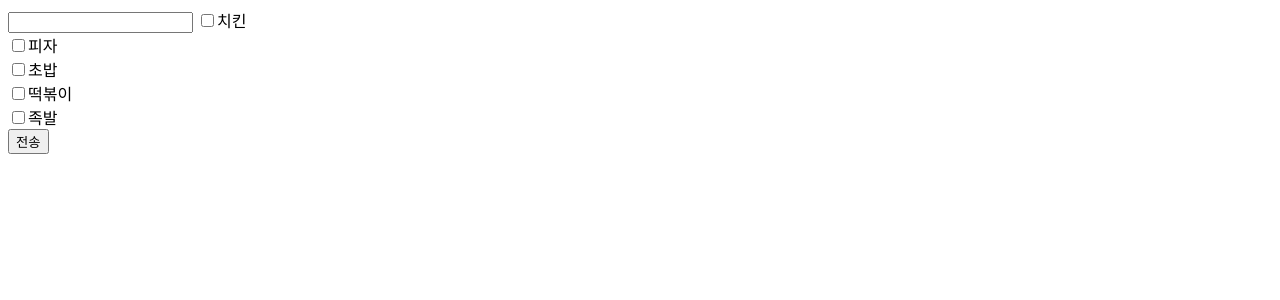
Repository: havanara/240411_JSTL_Project
Page: http://localhost/jstl_study/step-6.jsp
An editor plug-in stored every save of this project. The page is shown before and after a run of saves, followed by the edit.
The browser window is 1280 px wide. The pictures show the whole page.
The page is served by Tomcat 9.

Above is the page before, as saved 2024-04-11 05:32:23.

After the next 2 saves:
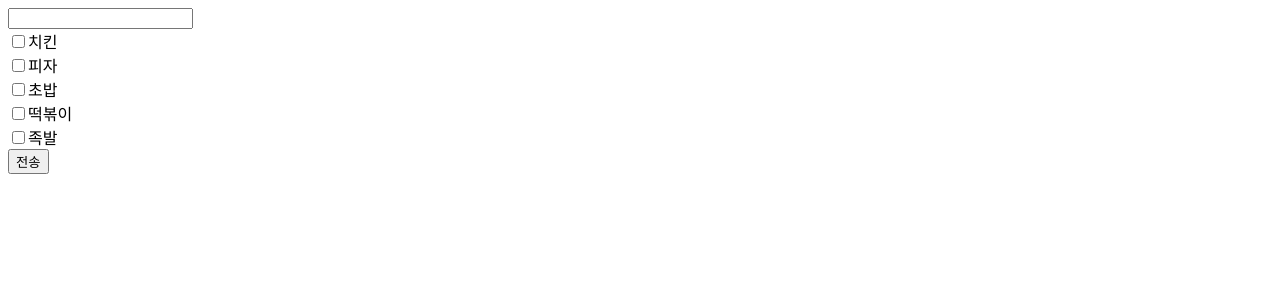
The 2 saves are shown as one change because they came seconds apart.
The last was saved 30 s later.
--- a/jstl_study/src/main/webapp/step-6.jsp
+++ b/jstl_study/src/main/webapp/step-6.jsp
@@ -11,8 +11,10 @@
 	<!-- 메뉴판을 체크박스 형태로 만들어서 step-7.jsp로 전송 -->
 	<!-- step-7.jsp에서 주문명 어떤 메뉴를 주문했는지 출력 -->
 
-	<form action="step-7.jsp">
-		<input type="text" name="customer">
+	<!-- post 처리 시 -->
+
+	<form action="step-7.jsp" method="post">
+		<input type="text" name="customer"> <br>
 		<input type="checkbox" name="menu" value="치킨">치킨 <br>
 		<input type="checkbox" name="menu" value="피자">피자 <br>
 		<input type="checkbox" name="menu" value="초밥">초밥 <br>
